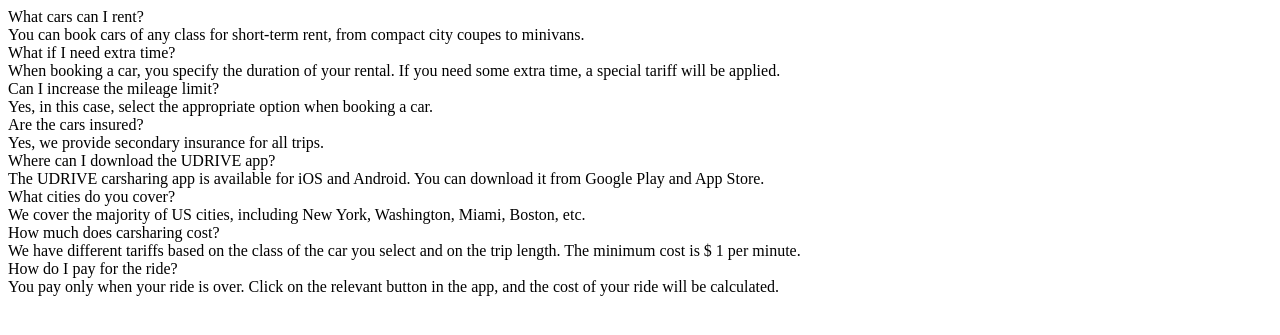
Repository: sanyathecreator/udrive-carsharing
Page: index.faq.partial.html
These files come from the project's save history. The page is drawn as it stood at one moment and after a run of saves; the edit follows.
The browser window is 1280 px wide. The pictures show the whole page.

Above is the page before, as saved 2025-09-11 01:38:08.

### index.faq.partial.html
<section class="faq">
  <div class="faq__grid">
    <div class="faq__item">
      <div class="faq__q">What cars can I rent?</div>
      <div class="faq__a">
        You can book cars of any class for short-term rent, from compact city
        coupes to minivans.
      </div>
    </div>

    <div class="faq__item">
      <div class="faq__q">What if I need extra time?</div>
      <div class="faq__a">
        When booking a car, you specify the duration of your rental. If you need
        some extra time, a special tariff will be applied.
      </div>
    </div>

    <div class="faq__item">
      <div class="faq__q">Can I increase the mileage limit?</div>
      <div class="faq__a">
        Yes, in this case, select the appropriate option when booking a car.
      </div>
    </div>

    <div class="faq__item">
      <div class="faq__q">Are the cars insured?</div>
      <div class="faq__a">
        Yes, we provide secondary insurance for all trips.
      </div>
    </div>

    <div class="faq__item">
      <div class="faq__q">Where can I download the UDRIVE app?</div>
      <div class="faq__a">
        The UDRIVE carsharing app is available for iOS and Android. You can
        download it from Google Play and App Store.
      </div>
    </div>

    <div class="faq__item">
      <div class="faq__q">What cities do you cover?</div>
      <div class="faq__a">
        We cover the majority of US cities, including New York, Washington,
        Miami, Boston, etc.
      </div>
    </div>

    <div class="faq__item">
      <div class="faq__q">How much does carsharing cost?</div>
      <div class="faq__a">
        We have different tariffs based on the class of the car you select and
        on the trip length. The minimum cost is $ 1 per minute.
      </div>
    </div>

    <div class="faq__item">
      <div class="faq__q">How do I pay for the ride?</div>
      <div class="faq__a">
        You pay only when your ride is over. Click on the relevant button in the
        app, and the cost of your ride will be calculated.
      </div>
    </div>
  </div>
</section>

After the next 3 saves:
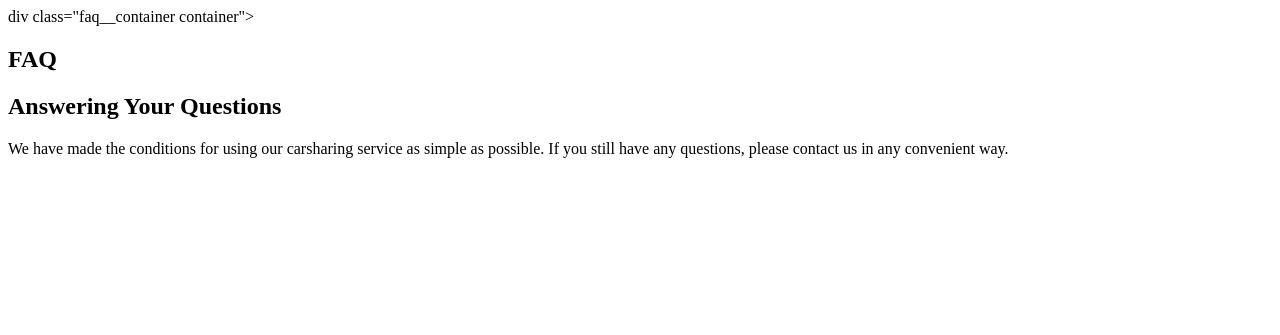
The 3 saves are shown as one change because they came seconds apart.
The last was saved 118 s later.
--- a/index.faq.partial.html
+++ b/index.faq.partial.html
@@ -1,65 +1,7 @@
-<section class="faq">
+<section class ="faq">
+  div class="faq__container container">
+  <h1 class ="faq __title">FAQ</h1>
+  <h2 class ="faq __subtitle">Answering Your Questions</h2>
+  <p class ="faq __text">We have made the conditions for using our carsharing service as simple as possible. If you still have any questions, please contact us in any convenient way.</p>
   <div class="faq__grid">
-    <div class="faq__item">
-      <div class="faq__q">What cars can I rent?</div>
-      <div class="faq__a">
-        You can book cars of any class for short-term rent, from compact city
-        coupes to minivans.
-      </div>
-    </div>
-
-    <div class="faq__item">
-      <div class="faq__q">What if I need extra time?</div>
-      <div class="faq__a">
-        When booking a car, you specify the duration of your rental. If you need
-        some extra time, a special tariff will be applied.
-      </div>
-    </div>
-
-    <div class="faq__item">
-      <div class="faq__q">Can I increase the mileage limit?</div>
-      <div class="faq__a">
-        Yes, in this case, select the appropriate option when booking a car.
-      </div>
-    </div>
-
-    <div class="faq__item">
-      <div class="faq__q">Are the cars insured?</div>
-      <div class="faq__a">
-        Yes, we provide secondary insurance for all trips.
-      </div>
-    </div>
-
-    <div class="faq__item">
-      <div class="faq__q">Where can I download the UDRIVE app?</div>
-      <div class="faq__a">
-        The UDRIVE carsharing app is available for iOS and Android. You can
-        download it from Google Play and App Store.
-      </div>
-    </div>
-
-    <div class="faq__item">
-      <div class="faq__q">What cities do you cover?</div>
-      <div class="faq__a">
-        We cover the majority of US cities, including New York, Washington,
-        Miami, Boston, etc.
-      </div>
-    </div>
-
-    <div class="faq__item">
-      <div class="faq__q">How much does carsharing cost?</div>
-      <div class="faq__a">
-        We have different tariffs based on the class of the car you select and
-        on the trip length. The minimum cost is $ 1 per minute.
-      </div>
-    </div>
-
-    <div class="faq__item">
-      <div class="faq__q">How do I pay for the ride?</div>
-      <div class="faq__a">
-        You pay only when your ride is over. Click on the relevant button in the
-        app, and the cost of your ride will be calculated.
-      </div>
-    </div>
-  </div>
-</section>
+    <detailsя
